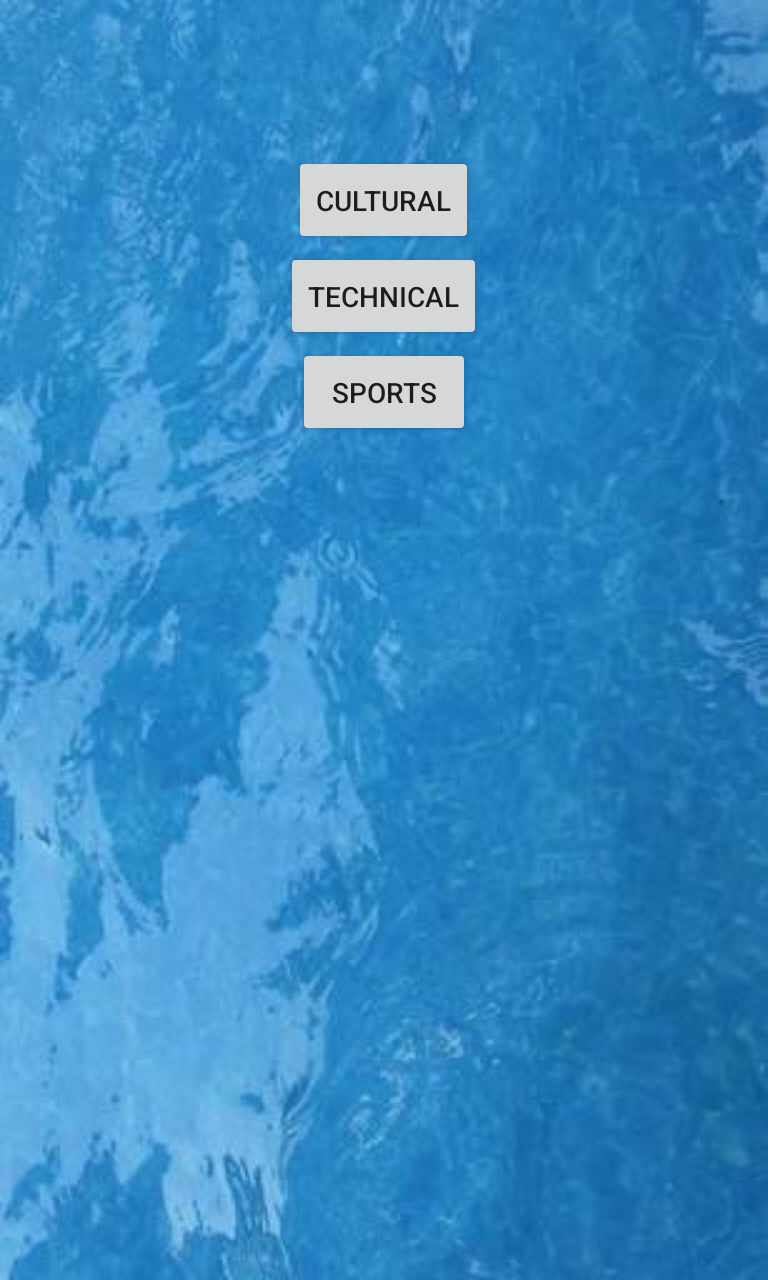
Repository: Attaphon1996/Engineering-Stuff
Layout: OSource/Android Play/Android_Projects/YASH15.0/res/layout/day3.xml
An editor plug-in stored every save of this project. The layout is shown before and after the next save, followed by the edit.
It is drawn on a 768 x 1280 px phone screen (xhdpi) without system bars, with theme AppTheme; the app's code is not run.

Above is the layout before, as saved 2015-02-10 08:49:47.

### OSource/Android Play/Android_Projects/YASH15.0/res/layout/day3.xml
<?xml version="1.0" encoding="utf-8"?>
<LinearLayout xmlns:android="http://schemas.android.com/apk/res/android"
    android:layout_width="match_parent"
    android:layout_height="match_parent"
    android:orientation="vertical"
    android:paddingBottom="@dimen/activity_vertical_margin"
    android:paddingLeft="@dimen/activity_horizontal_margin"
    android:paddingRight="@dimen/activity_horizontal_margin"
    android:paddingTop="@dimen/activity_vertical_margin"
    android:background="@drawable/plain">

    <Button
        android:id="@+id/day3_cultural"
        android:layout_width="wrap_content"
        android:layout_height="wrap_content"
        android:text="@string/cultural"
        android:layout_gravity="center"
        android:layout_marginTop="60dp" />

    <Button
        android:id="@+id/day3_technical"
        android:layout_width="wrap_content"
        android:layout_height="wrap_content"
        android:text="@string/technical"
        android:layout_gravity="center" />

    <Button
        android:id="@+id/day3_sports"
        android:layout_width="wrap_content"
        android:layout_height="wrap_content"
        android:text="@string/sports"
        android:layout_gravity="center" />

</LinearLayout>

### OSource/Android Play/Android_Projects/YASH15.0/res/values/strings.xml
<?xml version="1.0" encoding="utf-8"?>
<resources>

    <string name="app_name">YASH 15.0</string>
    <string name="hello_world">Hello world!</string>
    <string name="action_settings">Settings</string>
    <string name="day0">15TH Feb</string>
    <string name="day1">16th Feb</string>
    <string name="day2">17th Feb</string>
    <string name="day3">18th Feb</string>
    <string name="day4">19th Feb</string>
    <string name="day5">20th Feb</string>
    <string name="day6">21st Feb</string>
    <string name="technical">Technical</string>
    <string name="cultural">Cultural</string>
    <string name="sports">Sports</string>
    <string name="doty">DOTY</string>
    <string name="tshirt">T-SHIRT PRINTING</string>
    <string name="internet">INTERNET QUEST</string>
    <string name="layout">LAYOUT PLANNING</string>
    <string name="chess">CHESS</string>
    <string name="carrom">CARROM</string>
    <string name="about">About Us</string>
    <string name="contact">Contact Us</string>
    <string name="develop">Developer</string>
    <string name="dramatica">DRAMATICA</string>


</resources>

Loaded but not shown: OSource/Android Play/Android_Projects/YASH15.0/res/values/styles.xml (common file); OSource/Android Play/Android_Projects/YASH15.0/res/values-v11/styles.xml (common file); OSource/Android Play/Android_Projects/YASH15.0/res/values-v14/styles.xml (common file); OSource/Android Play/Android_Projects/YASH15.0/res/values/dimens.xml (common file); OSource/Android Play/Android_Projects/YASH15.0/res/values-w820dp/dimens.xml (common file)

After the next save:
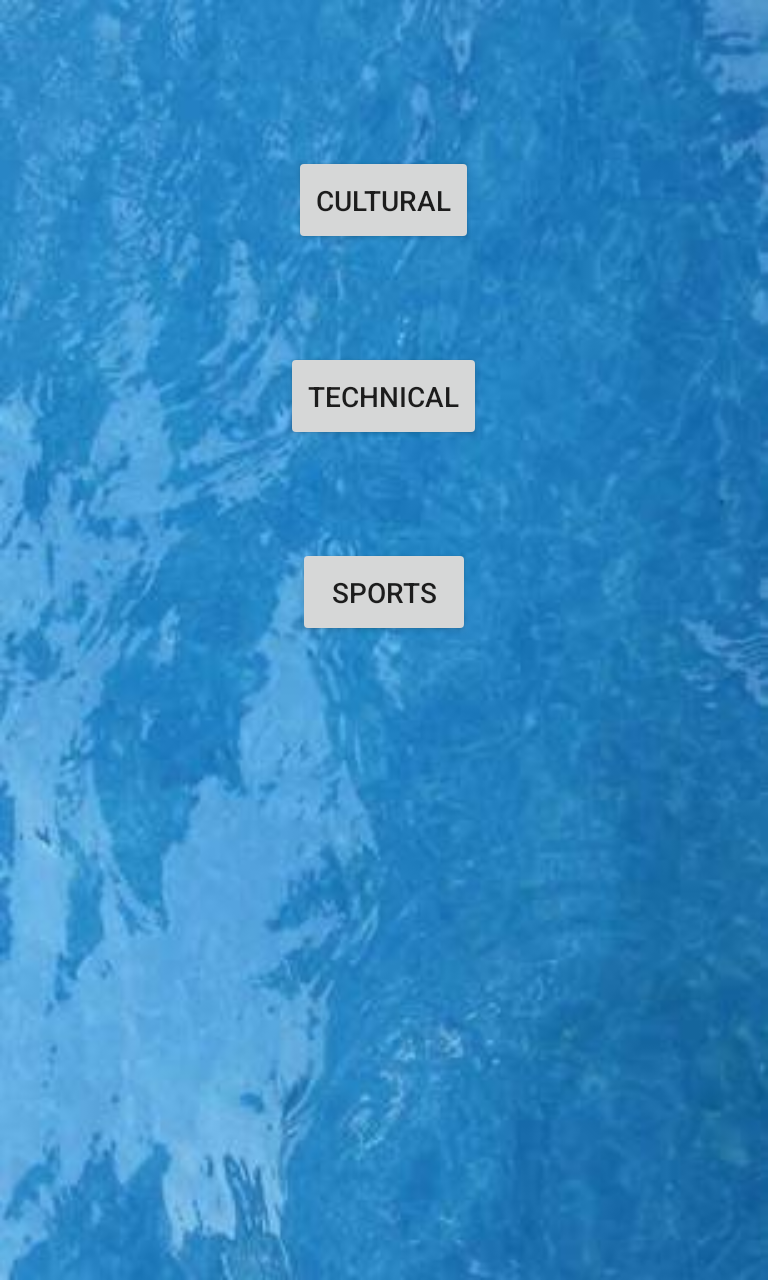
Saved 28 s later.
--- a/OSource/Android Play/Android_Projects/YASH15.0/res/layout/day3.xml
+++ b/OSource/Android Play/Android_Projects/YASH15.0/res/layout/day3.xml
@@ -22,13 +22,15 @@
         android:layout_width="wrap_content"
         android:layout_height="wrap_content"
         android:text="@string/technical"
-        android:layout_gravity="center" />
+        android:layout_gravity="center"
+        android:layout_marginTop="50dp" />
 
     <Button
         android:id="@+id/day3_sports"
         android:layout_width="wrap_content"
         android:layout_height="wrap_content"
         android:text="@string/sports"
-        android:layout_gravity="center" />
+        android:layout_gravity="center"
+        android:layout_marginTop="50dp" />
 
 </LinearLayout>
